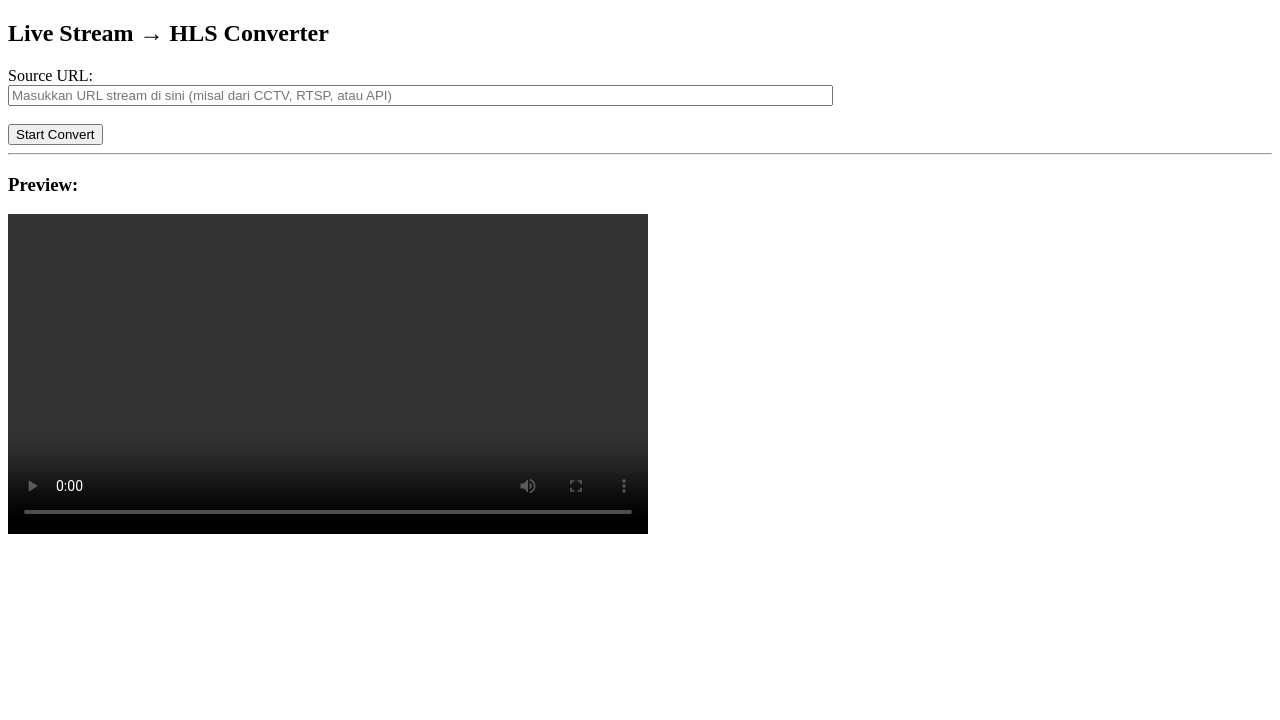
Repository: abdulharisasari/hlsconverter
Page: http://localhost/
An editor plug-in stored every save of this project. The page is shown before and after the next save, followed by the edit.
The browser window is 1280 px wide. The pictures show the whole page.
The page is served by the project's application, run on Flask 3 (app.py).

Above is the page before, as saved 2025-11-05 14:05:18.

### templates/index.html
<!doctype html>
<html>
<head>
  <meta charset="utf-8"/>
  <title>Live Stream to HLS Converter</title>
  <script src="https://cdn.jsdelivr.net/npm/hls.js@latest"></script>
</head>
<body>
  <h2>Live Stream → HLS Converter</h2>
  <label>Source URL:</label><br/>
  <input id="sourceUrl" type="text" size="100"
         placeholder="Masukkan URL stream di sini (misal dari CCTV, RTSP, atau API)"/>
  <br/><br/>
  <button onclick="startConvert()">Start Convert</button>

  <hr/>
  <h3>Preview:</h3>
  <video id="video" width="640" controls autoplay></video>

  <script>
  async function startConvert() {
    const src = document.getElementById('sourceUrl').value;
    if (!src) return alert("Masukkan URL sumber dulu");

    const res = await fetch('/convert', {
      method: 'POST',
      headers: {'Content-Type': 'application/json'},
      body: JSON.stringify({ source: src })
    });
    const data = await res.json();

    if (data.hls_url) {
      playHls(data.hls_url);
    } else {
      alert("Gagal mulai konversi: " + (data.error || "unknown error"));
    }
  }

  function playHls(hlsUrl) {
    const video = document.getElementById('video');
    if (Hls.isSupported()) {
      const hls = new Hls();
      hls.loadSource(hlsUrl);
      hls.attachMedia(video);
    } else if (video.canPlayType('application/vnd.apple.mpegurl')) {
      video.src = hlsUrl;
    }
  }
  </script>
</body>
</html>

### app.py
import os
import subprocess
from flask import Flask, request, jsonify, send_from_directory, render_template
from threading import Thread

app = Flask(__name__, static_folder="static", template_folder="templates")

BASE_HLS_DIR = os.path.join(app.static_folder, "hls")
os.makedirs(BASE_HLS_DIR, exist_ok=True)

# ---------------------------------------------------
# Fungsi untuk menjalankan ffmpeg ke format HLS (.m3u8)
# ---------------------------------------------------
def start_ffmpeg_to_hls(source_url: str, stream_id: str):
    output_dir = os.path.join(BASE_HLS_DIR, stream_id)
    os.makedirs(output_dir, exist_ok=True)

    output_path = os.path.join(output_dir, "index.m3u8")

    # Jika proses sudah berjalan untuk stream ini, hentikan dulu
    stop_ffmpeg_process(stream_id)

    # Command ffmpeg untuk ubah ke HLS
    cmd = [
        "ffmpeg",
        "-y",                   # overwrite
        "-i", source_url,       # input stream/video
        "-c:v", "copy",         # tidak transcode ulang (lebih ringan)
        "-c:a", "aac",
        "-f", "hls",
        "-hls_time", "5",       # durasi tiap segmen 5 detik
        "-hls_list_size", "6",  # hanya simpan segmen terakhir
        "-hls_flags", "delete_segments+append_list",
        "-hls_allow_cache", "0",
        output_path
    ]

    # Jalankan ffmpeg di thread terpisah
    def run_ffmpeg():
        subprocess.run(cmd, stdout=subprocess.DEVNULL, stderr=subprocess.STDOUT)

    thread = Thread(target=run_ffmpeg, daemon=True)
    thread.start()

    print(f"[FFMPEG] HLS started for {stream_id} from {source_url}")


# ---------------------------------------------------
# Fungsi untuk menghentikan ffmpeg jika ada proses lama
# ---------------------------------------------------
def stop_ffmpeg_process(stream_id: str):
    # (opsional) kamu bisa tambah logika lebih kompleks di sini
    pass


# ---------------------------------------------------
# Endpoint untuk mulai konversi
# ---------------------------------------------------
@app.route("/start", methods=["POST"])
def start_conversion():
    data = request.get_json(force=True)
    source = data.get("source")
    stream_id = data.get("stream_id", "stream1")

    if not source:
        return jsonify({"ok": False, "msg": "Source URL tidak boleh kosong"})

    start_ffmpeg_to_hls(source, stream_id)

    manifest_url = f"/static/hls/{stream_id}/index.m3u8"
    return jsonify({"ok": True, "manifest_url": manifest_url})


# ---------------------------------------------------
# Route utama untuk UI
# ---------------------------------------------------
@app.route("/")
def index():
    return render_template("index.html")


# ---------------------------------------------------
# MIME type agar streaming tidak terdownload
# ---------------------------------------------------
@app.after_request
def add_headers(response):
    if response.mimetype == "application/octet-stream":
        if response.request.path.endswith(".m3u8"):
            response.mimetype = "application/vnd.apple.mpegurl"
        elif response.request.path.endswith(".ts"):
            response.mimetype = "video/mp2t"
    return response


if __name__ == "__main__":
    app.run(host="0.0.0.0", port=5000, debug=True)

After the next save:
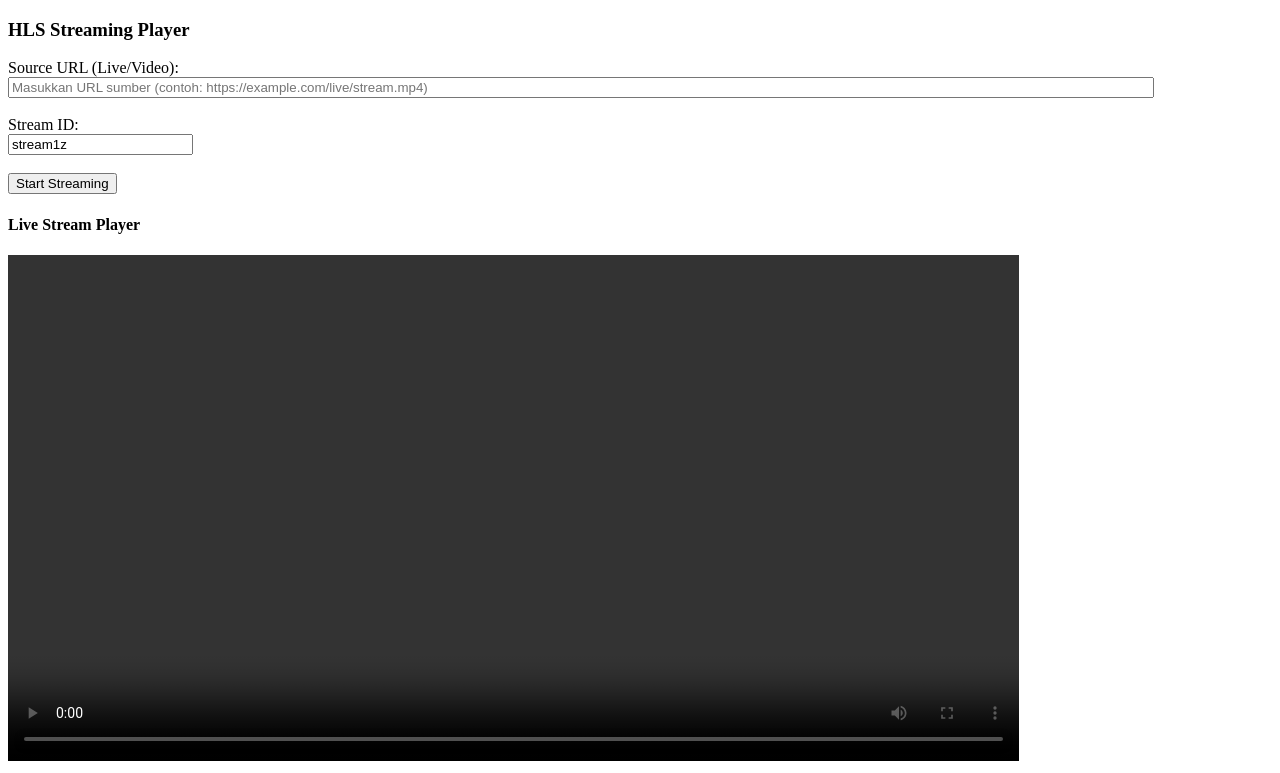
Saved 5 min 21 s later.
--- a/templates/index.html
+++ b/templates/index.html
@@ -2,50 +2,72 @@
 <html>
 <head>
   <meta charset="utf-8"/>
-  <title>Live Stream to HLS Converter</title>
+  <title>HLS Streaming Player</title>
   <script src="https://cdn.jsdelivr.net/npm/hls.js@latest"></script>
 </head>
 <body>
-  <h2>Live Stream → HLS Converter</h2>
-  <label>Source URL:</label><br/>
-  <input id="sourceUrl" type="text" size="100"
-         placeholder="Masukkan URL stream di sini (misal dari CCTV, RTSP, atau API)"/>
-  <br/><br/>
-  <button onclick="startConvert()">Start Convert</button>
+  <h3>HLS Streaming Player</h3>
 
-  <hr/>
-  <h3>Preview:</h3>
-  <video id="video" width="640" controls autoplay></video>
+  <label>Source URL (Live/Video):</label><br/>
+  <input id="source" style="width:90%"
+         placeholder="Masukkan URL sumber (contoh: https://example.com/live/stream.mp4)"/><br/><br/>
+
+  <label>Stream ID:</label><br/>
+  <input id="sid" value="stream1z"/><br/><br/>
+
+  <button id="start">Start Streaming</button>
+
+  <h4>Live Stream Player</h4>
+  <video id="video" controls autoplay playsinline style="width:80%;height:auto;background:#000"></video>
 
   <script>
-  async function startConvert() {
-    const src = document.getElementById('sourceUrl').value;
-    if (!src) return alert("Masukkan URL sumber dulu");
+    document.getElementById("start").onclick = async () => {
+      const source = document.getElementById("source").value.trim();
+      const sid = document.getElementById("sid").value.trim() || "stream1";
 
-    const res = await fetch('/convert', {
-      method: 'POST',
-      headers: {'Content-Type': 'application/json'},
-      body: JSON.stringify({ source: src })
-    });
-    const data = await res.json();
+      if (!source) {
+        alert("Masukkan URL sumber video!");
+        return;
+      }
 
-    if (data.hls_url) {
-      playHls(data.hls_url);
-    } else {
-      alert("Gagal mulai konversi: " + (data.error || "unknown error"));
-    }
-  }
+      // Kirim request ke server untuk mulai konversi ke HLS
+      const resp = await fetch("/start", {
+        method: "POST",
+        headers: { "Content-Type": "application/json" },
+        body: JSON.stringify({ source, stream_id: sid })
+      });
 
-  function playHls(hlsUrl) {
-    const video = document.getElementById('video');
-    if (Hls.isSupported()) {
-      const hls = new Hls();
-      hls.loadSource(hlsUrl);
-      hls.attachMedia(video);
-    } else if (video.canPlayType('application/vnd.apple.mpegurl')) {
-      video.src = hlsUrl;
-    }
-  }
+      const j = await resp.json();
+      if (!j.ok) {
+        alert("Error: " + j.msg);
+        return;
+      }
+
+      // URL manifest (m3u8)
+      const manifest = j.manifest_url;
+      const video = document.getElementById("video");
+
+      // Tampilkan link agar bisa dicek manual juga
+      console.log("Streaming manifest:", manifest);
+
+      // Streaming menggunakan hls.js
+      if (Hls.isSupported()) {
+        const hls = new Hls({
+          liveSyncDuration: 2,
+          enableWorker: true,
+          xhrSetup: function (xhr, url) {
+            xhr.withCredentials = false; // jangan paksa download
+          }
+        });
+        hls.loadSource(manifest);
+        hls.attachMedia(video);
+      } else if (video.canPlayType("application/vnd.apple.mpegurl")) {
+        // Untuk Safari / iOS native HLS
+        video.src = manifest;
+      } else {
+        alert("Browser tidak mendukung HLS streaming");
+      }
+    };
   </script>
 </body>
 </html>
